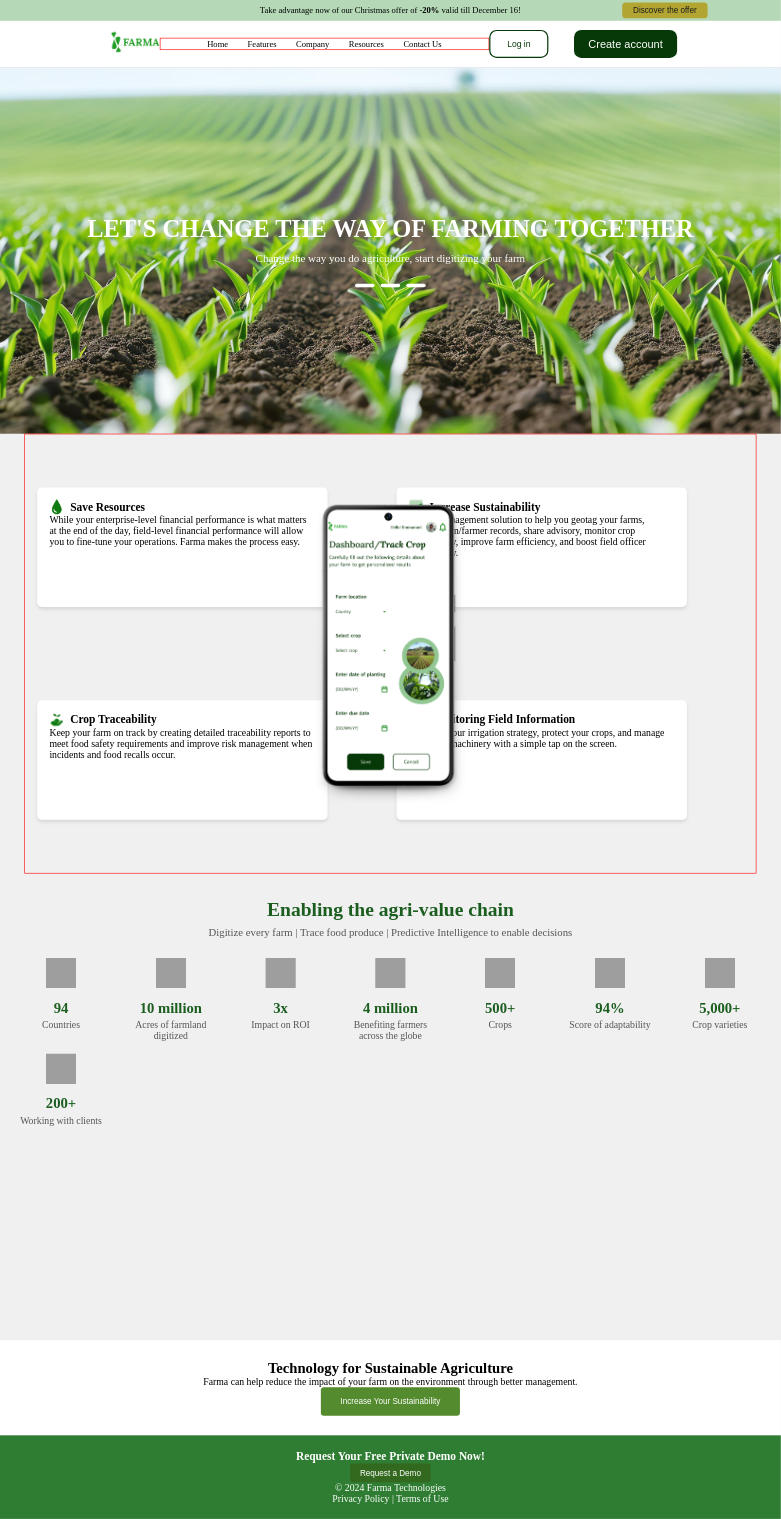
Repository: Cryptim/FARMA-TEAM-4
Page: index.html
The author's editor kept a copy of each file at every save. The page is drawn from the files as they stood at one save, then again after the next save.
The browser window is 1280 px wide. The pictures show the whole page, at 61% of full size.
Pictures or frames that could not be fetched are drawn as grey boxes.

Above is the page before, as saved 2024-12-05 21:55:44.

After the next save:
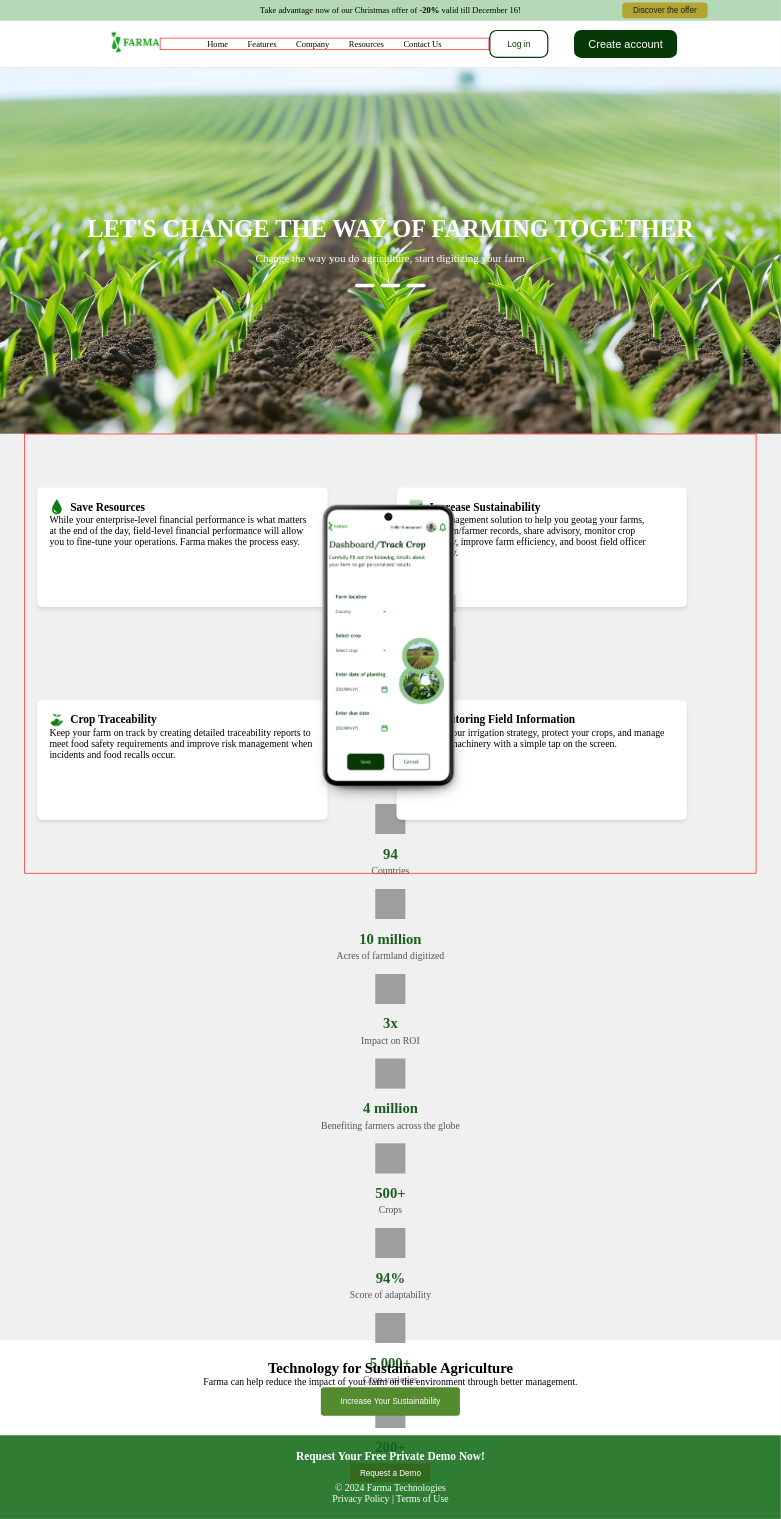
Saved 79 s later.
--- a/styles.css
+++ b/styles.css
@@ -277,8 +277,10 @@
   text-align: center;
   padding: 40px 20px;
   height: 765px;
-  justify-content: center;
-  align-items: center;
+  display: flex; /* Enables flexbox */
+  flex-direction: column; /* Align items in a column */
+  justify-content: center; /* Centers content vertically */
+  align-items: center; /* Centers content horizontally */
 }
 
 .agri-value-chain h1 {
@@ -321,6 +323,7 @@
   font-size: 1rem;
   color: #555;
 }
+
 /* Sustainability Section */
 .sustainability {
   padding: 2rem;
